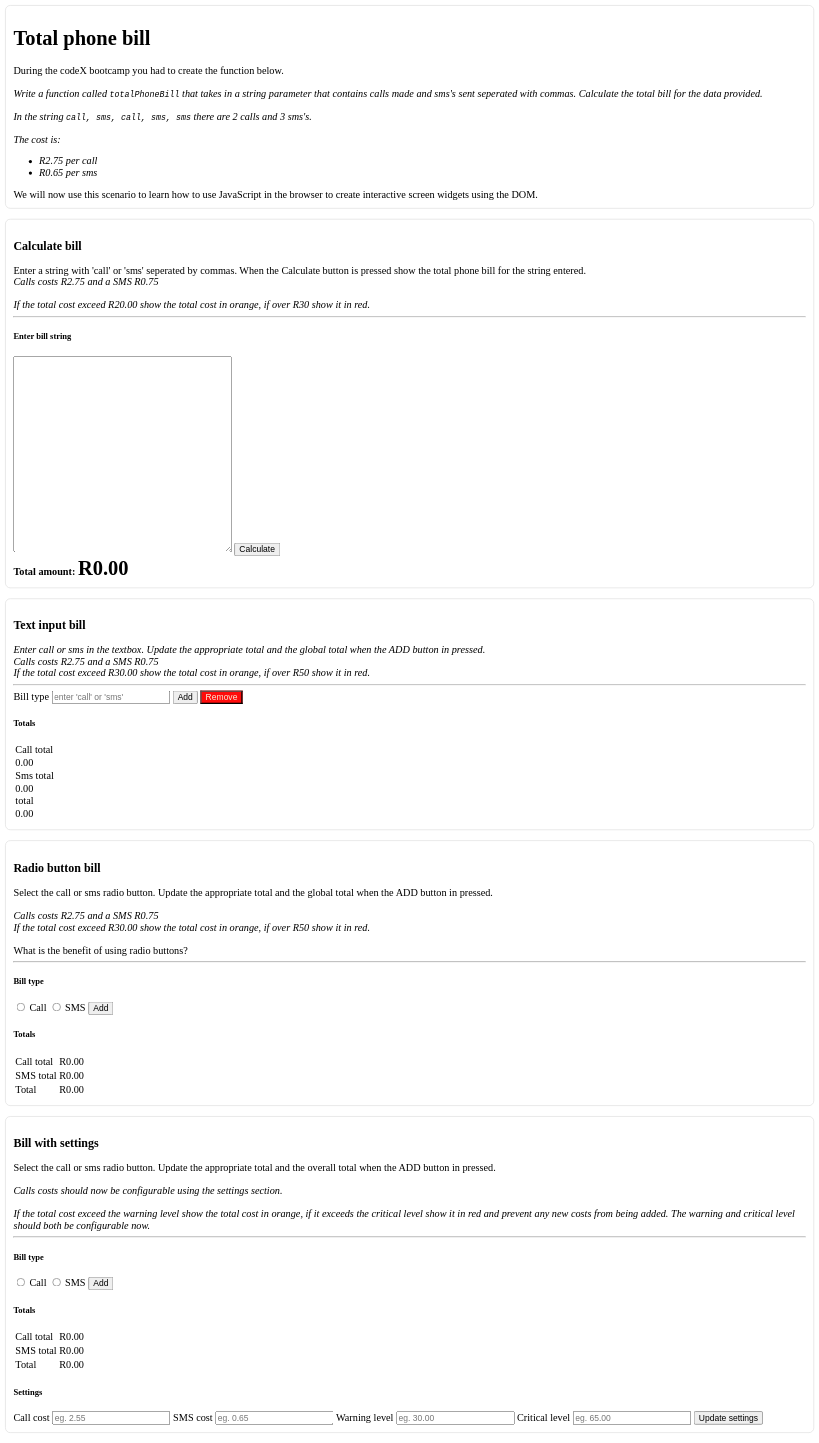
Repository: lasity34/Phone-bill
Page: index.html
The author's editor kept a copy of each file at every save. The page is drawn from the files as they stood at one save, then again after the next save.
The browser window is 1280 px wide. The pictures show the whole page, at 64% of full size.
Some web libraries are served in a nearby version.

Above is the page before, as saved 2023-05-06 11:51:03.
Not found: css/skeleton.css

### index.html
<!DOCTYPE html>
<html>
  <head>
    <meta charset="utf-8">
    <title></title>
    <link rel="stylesheet" href="css/skeleton.css">
    <link rel="stylesheet" href="css/style.css">
    <script src="https://cdnjs.cloudflare.com/ajax/libs/handlebars.js/4.0.11/handlebars.min.js"></script>
    <script type="text/x-template" class="userTemplate">
      {{#each differentCosts}}
      <td>{{name}} total</td>
      <td><span>{{total}}</span></td>
      {{/each}}
  </script>
  </head>
  <body>
    <div class="container">
      <div class="row">
        <div class="twelve columns box">
          <h1>Total phone bill</h1>

          <div class="">
            During the codeX bootcamp you had to create the function below.
          </div>

          <br>

          <div class="">
            <i>Write a function called <code>totalPhoneBill</code> that takes in a string parameter that contains calls made and sms's sent seperated with commas. Calculate the total bill for the data provided.
              <br><br>
              In the string <code>call, sms, call, sms, sms</code> there are 2 calls and 3 sms's.
              <br>
              <br>
              The cost is:
              <ul>
                <li>R2.75 per call</li>
                <li>R0.65 per sms</li>
              </ul>

            </i>
          </div>

          <div class="">
              We will now use this scenario to learn how to use JavaScript in the browser to create interactive screen widgets using the DOM.
          </div>
        </div>
      </div>
      <div class="row">
        <div class="six columns box">
          <h3>Calculate bill</h3>
          Enter a string with 'call' or 'sms' seperated by commas. When the Calculate button is pressed show the total phone bill for the string entered.

          <div class="">
            <i>Calls costs R2.75 and a SMS R0.75</i>
          </div>
          <br>
          <div class="">
            <i>If the total cost exceed R20.00 show the total cost in orange, if over R30 show it in red.</i>
          </div>

          <hr>

          <!-- billString calculateBtn billTotal -->

          <div class="row">
            <div class="eight columns">
              <h5>Enter bill string</h5>
              <textarea name="name" rows="20" cols="40"  class="billString" ></textarea>
              <button class="button-primary calculateBtn" on type="button" name="button">Calculate</button>
            </div>
            <div class="four columns">
              <strong>Total amount:</strong>
              <span class="total ">R<span class="billTotal">0.00</span> </span>
            </div>
          </div>
        </div>
        <div class="six columns box">

          <!--  text input bill -->
          <h3>Text input bill</h3>

          <div class="">
            <i>Enter call or sms in the textbox. Update the appropriate total and the global total when the ADD button in pressed.</i>
          </div>
          <div class="">
            <i>Calls costs R2.75 and a SMS R0.75</i>
          </div>

          <div class="">
            <i>If the total cost exceed R30.00 show the total cost in orange, if over R50 show it in red.</i>
          </div>
          <hr>

          <div class="row">
            <div class="six columns">

              <label for="">Bill type</label>
              <input type="text" name="" value="" placeholder="enter 'call' or 'sms' " class="billTypeText">
              <button class="button-primary addToBillBtn" type="button" name="button" >Add</button>
              <button class=" resetBtn" type="button" name="button" >Remove</button>
          </div>
            <div class="six columns">
              <h5>Totals</h5>
              <table>
                <tr class="textTotals">

                </tr>
              </table>
            </div>
          </div>
        </div>

      </div>
      <div class="row">
        <div class="six columns box">
          <h3>Radio button bill</h3>

          <div class="">
            Select the call or sms radio button. Update the appropriate total and the global total when the ADD button in pressed.
          </div>
          <br>
          <div class="">
            <i>Calls costs R2.75 and a SMS R0.75</i>
          </div>

          <div class="">
            <i>If the total cost exceed R30.00 show the total cost in orange, if over R50 show it in red.</i>
          </div>
          <br>
          <div class="">
            What is the benefit of using radio buttons?
          </div>

          <hr>

          <div class="row">
            <div class="six columns">
              <h5>Bill type</h5>
              <label class="">
                <input type="radio" name="billItemType" class="billItemTypeRadio" value="call">
                <span class="label-body">Call</span>
              </label>
              <label class="">
                <input type="radio" name="billItemType" class="billItemTypeRadio" value="sms">
                <span class="label-body" >SMS</span>
              </label>
              <button class="button-primary radioBillAddBtn" type="button" name="button">Add</button>
            </div>
            <div class="six columns">
                  <h5>Totals</h5>
                  <table>
                    <tr>
                      <td>Call total</td>
                      <td>R<span class="callTotalTwo">0.00</span></td>
                    </tr>
                    <tr>
                      <td>SMS total</td>
                      <td>R<span class="smsTotalTwo">0.00</span></td>
                    </tr>
                    <tr >
                      <td>Total</td>
                      <td class="orange" >R<span class="totalTwo">0.00</span></td>
                    </tr>
                  </table>
            </div>
          </div>
        </div>
        <div class="six columns box">
          <h3>Bill with settings</h3>
          <div class="">
            Select the call or sms radio button. Update the appropriate total and the overall total when the ADD button in pressed.
          </div>
          <br>
          <div class="">
            <i>Calls costs should now be configurable using the settings section.</i>
          </div>
          <br>
          <div class="">
            <i>If the total cost exceed the warning level show the total cost in orange, if it exceeds the critical level show it in red and prevent any new costs from being added. The  warning and critical level should both be configurable now.</i>
          </div>

          <hr>

          <div class="row">
            <!-- billItemTypeWithSettings -->

            <div class="six columns">
              <h5>Bill type</h5>
              <label class="">
                <input type="radio" name="billItemTypeWithSettings" class="billItemTypeWithSettings" value="call">
                <span class="label-body">Call</span>
              </label>
              <label class="">
                <input type="radio" name="billItemTypeWithSettings" class="billItemTypeWithSettings" value="sms">
                <span class="label-body" >SMS</span>
              </label>
              <button class="button-primary addBtnSetting" type="button" name="button">Add</button>

              <h5>Totals</h5>
                  <table>
                    <tr>
                      <td>Call total</td>
                      <td>R<span class="callTotalSettings">0.00</span> </td>
                    </tr>
                    <tr>
                      <td>SMS total</td>
                      <td>R<span class="smsTotalSettings">0.00</span> </td>
                    </tr>
                    <tr>
                      <td>Total</td>
                      <td> R<span class="totalSettings">0.00</span> </td>
                    </tr>
                  </table>

            </div>
            <div class="six columns">
              <h5>Settings</h5>
              <label for="exampleEmailInput">Call cost</label>
              <input class="u-full-width callCostSetting" type="number" placeholder="eg. 2.55" name="setting" >
              <label for="exampleEmailInput">SMS cost</label>
              <input class="u-full-width smsCostSetting" type="number" placeholder="eg. 0.65" name="setting">
              <label for="">Warning level</label>
              <input class="u-full-width warningLevelSetting " type="number" placeholder="eg. 30.00" class="warningLevel" name="setting" >
              <label for="">Critical level</label>
              <input class="u-full-width criticalLevelSetting" type="number" placeholder="eg. 65.00" name="setting" >
              <button class="button-primary updateSettings" type="button" name="button">Update settings</button>

            </div>
          </div>
        </div>
      </div>
    </div>

    <script src="./js/calculate-bill.js" charset="utf-8"></script>
    <script src="./js/text-bill.js" charset="utf-8"></script>
    <script src="js/radio-bill.js" charset="utf-8"></script>
    <script src="js/settings-bill.js" charset="utf-8"></script>

  </body>
</html>

<!-- billTotal -->

### css/style.css
.box {
  padding: 0.75em;
  border-radius : 0.5em;
  border : 1px solid #ddd;
  height: auto;
  margin-bottom: 1em;
}

.warning {
  color: orange;
  font-weight: bold;
}

.danger {
  color: crimson;
  font-weight: bold;
}

.total {
  font-weight: bold;
  font-size: 2em;
}

.resetBtn {
  background-color: rgb(255, 11, 11);
  color: antiquewhite;
}


.textTotals {
  display: flex;
  flex-direction: column;
}

### js/calculate-bill.js
//get a reference to the calculate button
const calculateBtnElement = document.querySelector(".calculateBtn")
//get a reference to the billTotal element
const billTotalElement = document.querySelector(".billTotal")
//get a reference to the billString
const billStringElement = document.querySelector(".billString")
//create the function that will be called when the calculate button is pressed
//  * this function should read the string value entered - split it on a comma.
//  * loop over all the entries in the the resulting list
//  * check if it is a call or an sms and add the right amount to the overall total
//  * once done looping over all the entries - display the total onto the screen in the billTotal element
function calculateBtnClicked () {

    const billString = billStringElement.value

    let billTotal = 0;
    const billItems = billString.split(",");

    for (let i = 0; i < billItems.length; i++) {
        const loopedBill = billItems[i]

      if (loopedBill.includes("sms")) {
          billTotal += 0.75;
      } else if(loopedBill.includes("call")) {
          billTotal += 2.75;
      }
    }

    billTotalElement.classList.remove("warning")
    billTotalElement.classList.remove("danger")


    if ( billTotal > 30 ) {
        billTotalElement.classList.add("danger")
    } else if ( billTotal > 20) {
        billTotalElement.classList.add("warning")
    }

   const roundedTotalBill = billTotal.toFixed(2);
    billTotalElement.innerHTML = roundedTotalBill
  return `R${roundedTotalBill}`

}
//link the function to a click event on the calculate button

    calculateBtnElement.addEventListener("click", calculateBtnClicked)

### js/text-bill.js
// get a reference to the textbox where the bill type is to be entered

//get a reference to the add button

//create a variable that will keep track of the total bill

//add an event listener for when the add button is pressed

//in the event listener check if the value in the bill type textbox is 'sms' or 'call'
// * add the appropriate value to the running total
// * add nothing for invalid values that is not 'call' or 'sms'.
// * display the latest total on the screen\index.html

const billTypeText = document.querySelector(".billTypeText");
const textTotalAddBtn = document.querySelector(".addToBillBtn");
const textTotalRemoveBtn = document.querySelector(".resetBtn");
const callsTotalElem = document.querySelector(".callTotalOne");
const smsTotalElem = document.querySelector(".smsTotalOne");
const totalElem = document.querySelector(".totalOne");

let callsTotal = 0.00;
let smsTotal = 0.00;
let total = 0.00


function textBillTotal() {
  const billTypeEntered = billTypeText.value.trim();

  if (billTypeEntered === "call") {
    callsTotal += 2.75;
  } else if (billTypeEntered === "sms") {
    smsTotal += 0.75;
  }


  total = callsTotal + smsTotal;


  if (total > 50) {
    totalElem.classList.add("danger");
  } else if (total > 30) {
    totalElem.classList.add("warning");
  }



}

function removeTotal() {
  totalElem.innerHTML = 0;
  callsTotalElem.innerHTML = 0;
  smsTotalElem.innerHTML = 0;
  callsTotal = 0;
  smsTotal = 0;
}


document.addEventListener("DOMContentLoaded", function () {
    const templateSource = document.querySelector(".userTemplate").innerHTML;

    const userTemplate = Handlebars.compile(templateSource);

    const costDataElem = document.querySelector(".textTotals");

    const costData = {
      differentCosts : [
      {  name : "Call",
         total :  callsTotal.toFixed(2),
    },
    {
        name : "Sms",
        total : smsTotal.toFixed(2)
    },
    {
        name : "",
        total : total.toFixed(2)
    }
      ]
    };


//   const userDataHTML = userTemplate(userData);
//   userDataElem.innerHTML = userDataHTML;



    const userDataHTML = userTemplate(costData);
    costDataElem.innerHTML = userDataHTML;
  });

textTotalAddBtn.addEventListener("click", textBillTotal);
textTotalRemoveBtn.addEventListener("click", removeTotal);


//   const userDataHTML = userTemplate(userData);
//   userDataElem.innerHTML = userDataHTML;

//   // study status
//   Handlebars.registerHelper("studyStatus", function (passingYear) {
//     if (passingYear < 2015) {
//       return "passed";
//     } else {
//       return "not passed";
//     }
//   });

// // get from template HTML
//   const templateScript = Handlebars.compile(templateSource)

//   // reference
//   const resultDataElement = document.querySelector(".resultData")

//   // data to check
//   var context = {
//     "students":[
//       {"name" : "John", "passingYear" : 2013},
//       {"name" : "Doe" , "passingYear" : 2016}
//     ]
//   }

//   //  place data in template
//   const resultDataHTML = templateScript(context)
// // display info
//   resultDataElement.innerHTML = resultDataHTML

// });

### js/radio-bill.js
// get a reference to the sms or call radio buttons

//get a reference to the add button

//create a variable that will keep track of the total bill

//add an event listener for when the add button is pressed

//in the event listener get the value from the billItemTypeRadio radio buttons
// * add the appropriate value to the running total
// * add nothing for invalid values that is not 'call' or 'sms'.
// * display the latest total on the screen


const radioBillAddBtnElement = document.querySelector(".radioBillAddBtn")

// "input[name='billItemType']:checked"
const callTotalTwoElement = document.querySelector(".callTotalTwo")
const smsTotalTwoElement = document.querySelector(".smsTotalTwo")
const totalTwoElement = document.querySelector(".totalTwo")

let smsTotalRadio = 0;
let callTotalRadio = 0;

    function calculateRadioBtn () {

        const checkedRadioBtnElement = document.querySelector("input[name='billItemType']:checked")

        if(checkedRadioBtnElement) {
          const  billItemType = checkedRadioBtnElement.value;

            if (billItemType === "call") {
                callTotalRadio += 2.75
            } else if (billItemType === "sms") {
                smsTotalRadio += 0.75
            }


        }




        smsTotalTwoElement.innerHTML = smsTotalRadio.toFixed(2);
        callTotalTwoElement.innerHTML = callTotalRadio.toFixed(2);
        const totalBill = callTotalRadio + smsTotalRadio;
        totalTwoElement.innerHTML = totalBill.toFixed(2)

        totalTwoElement.classList.remove("danger")
        totalTwoElement.classList.remove("warning")


        if(totalBill > 30) {
            totalTwoElement.classList.add("danger")
        } else if (totalBill > 20) {
            totalTwoElement.classList.add("warning")
        }

    }

    radioBillAddBtnElement.addEventListener("click", calculateRadioBtn)

### js/settings-bill.js
// get a reference to the sms or call radio buttons

// get refences to all the settings fields

//get a reference to the add button

//get a reference to the 'Update settings' button

// create a variables that will keep track of all the settings

// create a variables that will keep track of all three totals.

//add an event listener for when the 'Update settings' button is pressed

//add an event listener for when the add button is pressed

//in the event listener get the value from the billItemTypeRadio radio buttons
// * add the appropriate value to the call / sms total
// * add the appropriate value to the overall total
// * add nothing for invalid values that is not 'call' or 'sms'.
// * display the latest total on the screen.
// * check the value thresholds and display the total value in the right color.

// totals Display
const calltotalSettingsElement = document.querySelector(".callTotalSettings");
const smsTotalSettingsElement = document.querySelector(".smsTotalSettings");
const totalBillSettingsElement = document.querySelector(".totalSettings");

// Buttons
const addBtnSettingElement = document.querySelector(".addBtnSetting");
const updateBtnSettingElement = document.querySelector(".updateSettings");

// settings element
const callCostSettingEl = document.querySelector(".callCostSetting");
const smsCostSettingEl = document.querySelector(".smsCostSetting");
const warningSettingEl = document.querySelector(".warningLevelSetting");
const criticalLevelSettingEl = document.querySelector(".criticalLevelSetting");

// totals
let smsSettingTotal = 0;
let callSettingTotal = 0;

// settings updated
let callValue = 0;
let smsValue = 0;
let warningValue = 0;
let criticalValue = 0;
let totalBill = 0

function updatedSettings() {
  callValue = parseInt(callCostSettingEl.value) || 0 ;
  smsValue = parseInt(smsCostSettingEl.value);
  warningValue = parseInt(warningSettingEl.value);
  criticalValue = parseInt(criticalLevelSettingEl.value)
  totalBillSettingsElement.classList.remove("danger")
  totalBillSettingsElement.classList.remove("warning")

  if (totalBill >= criticalValue) {
    totalBillSettingsElement.classList.add("danger")
} else if (totalBill >= warningValue) {
    totalBillSettingsElement.classList.add("warning")
}


}

function totalBillWithSettings() {
  const checkedRadioBtn = document.querySelector(
    "input[name='billItemTypeWithSettings']:checked"
  );

  if (checkedRadioBtn) {
    const billItemType = checkedRadioBtn.value;

    if(totalBill < criticalValue ) {

        if (billItemType === "call") {
            callSettingTotal += callValue;
          } else if (billItemType === "sms") {
            smsSettingTotal += smsValue;
          }
    }

  }


  calltotalSettingsElement.innerHTML = callSettingTotal.toFixed(2);
  smsTotalSettingsElement.innerHTML = smsSettingTotal.toFixed(2);
  totalBill = callSettingTotal + smsSettingTotal;
  totalBillSettingsElement.innerHTML = totalBill.toFixed(2);

  totalBillSettingsElement.classList.remove("danger")
  totalBillSettingsElement.classList.remove("warning")

  if (totalBill >= criticalValue) {
        totalBillSettingsElement.classList.add("danger")
  } else if (totalBill >= warningValue) {
        totalBillSettingsElement.classList.add("warning")
  }
}

updateBtnSettingElement.addEventListener("click", updatedSettings);
addBtnSettingElement.addEventListener("click", totalBillWithSettings);

After the next save:
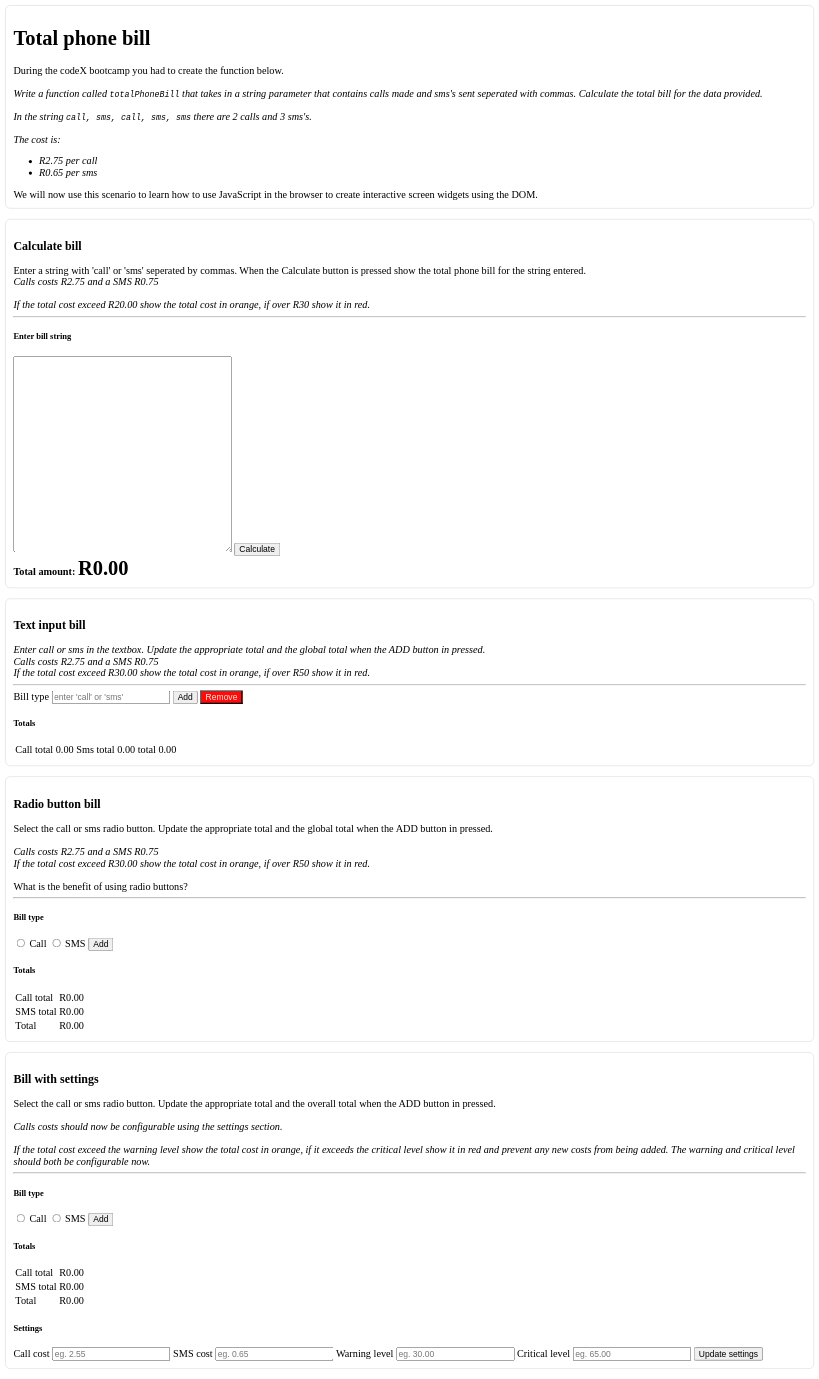
Saved 76 s later.
--- a/index.html
+++ b/index.html
@@ -101,10 +101,8 @@
           </div>
             <div class="six columns">
               <h5>Totals</h5>
-              <table>
-                <tr class="textTotals">
-
-                </tr>
+              <table class="textTotals">
+
               </table>
             </div>
           </div>
